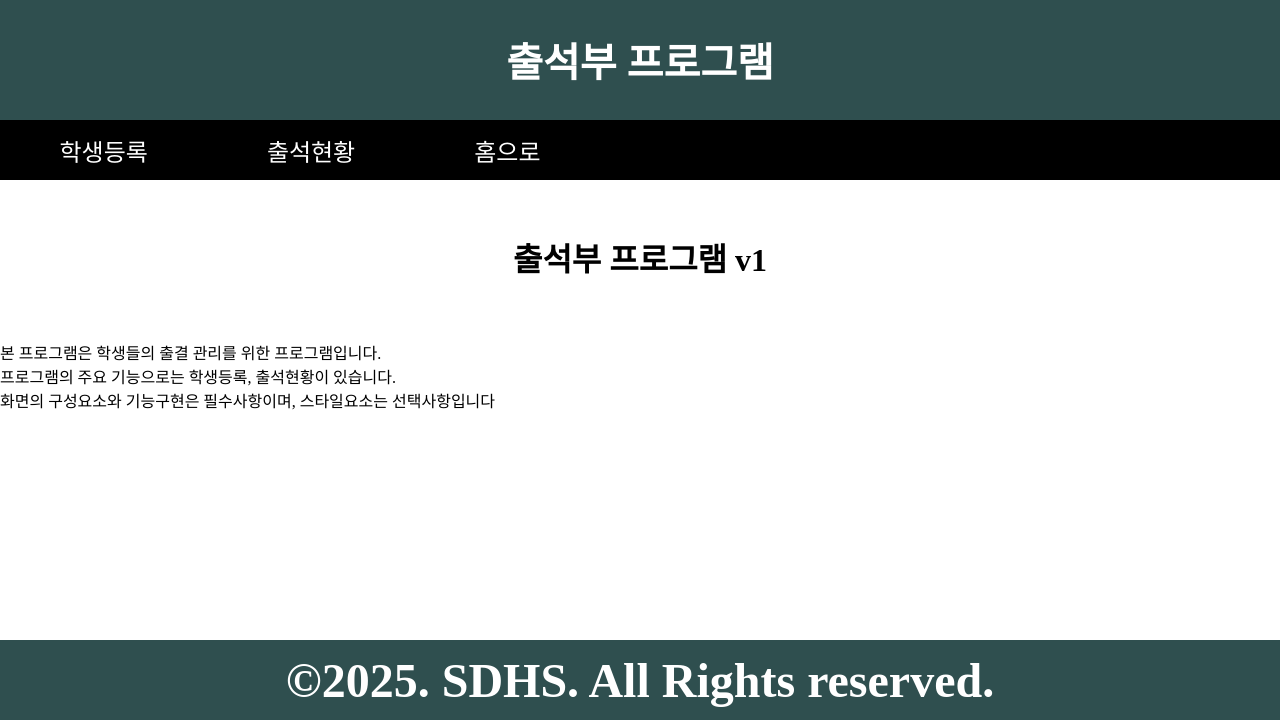
Repository: balhyo-younjisang/DigitechJSP
Page: http://localhost/rollbook/
The author's editor kept a copy of each file at every save. The page is drawn from the files as they stood at one save, then again after the next save.
The browser window is 1280 px wide. The pictures show the whole page.
The page is served by Tomcat 9. Other server files are loaded and not shown.

Above is the page before, as saved 2025-03-31 03:53:38.

### rollbook/src/main/webapp/index.jsp
<%@ page language="java" contentType="text/html; charset=UTF-8"
	pageEncoding="UTF-8"%>
<!DOCTYPE html>
<html>
<head>
<meta charset="UTF-8">
<title>출석부 프로그램</title>
<link rel="stylesheet" href="./css/style.css">
</head>
<body>
	<%@ include file="./component/header.jsp"%>
	<main>
		<h2>출석부 프로그램 v1</h2>
		<section class="content">
			<p>본 프로그램은 학생들의 출결 관리를 위한 프로그램입니다.</p>
			<p>프로그램의 주요 기능으로는 학생등록, 출석현황이 있습니다.</p>
			<p>화면의 구성요소와 기능구현은 필수사항이며, 스타일요소는 선택사항입니다</p>
		</section>
	</main>
	<%@ include file="./component/footer.jsp"%>
</body>
</html>

### rollbook/src/main/webapp/component/header.jsp
<%@ page language="java" contentType="text/html; charset=UTF-8"
	pageEncoding="UTF-8"%>
<header>
	<div class="header">
		<h1>출석부 프로그램</h1>
	</div>
	<nav>
		<ul class="gnb">
			<li><a href="#">학생등록</a></li>
			<li><a href="#">출석현황</a></li>
			<li><a href="index.jsp">홈으로</a></li>
		</ul>
	</nav>
</header>

### rollbook/src/main/webapp/component/footer.jsp
<%@ page language="java" contentType="text/html; charset=UTF-8"
	pageEncoding="UTF-8"%>
<footer>
	<h2>©2025. SDHS. All Rights reserved.</h2>
</footer>

### rollbook/src/main/webapp/css/style.css
@charset "UTF-8";

* {
	margin: 0px;
	padding: 0px;
	box-sizing: border-box;
}

ul, li {
	list-style: none;
}

a {
	text-decoration: none;
	color: inherit;
}

header {
	width: 100vw;
	height: 180px;
}

header .header {
	width: 100%;
	height: 120px;
	display: flex;
	align-items: center;
	justify-content: center;
	background-color: darkslategrey;
}

header .header h1 {
	font-size: 40px;
	color: white;
}

header nav {
	height: 60px;
	width: 100%;
	background-color: black;
}

header nav .gnb {
	display: flex;
	align-items: center;
	justify-content: space-around;
	width: 600px;
	height: 100%;
	font-size: 24px;
	color: white;
}

main {
	height: calc(100vh - 180px - 80px);
	width: 100vw;
}

main h2 {
	text-align: center;
	line-height: 160px;
	font-size: 32px;
	font-weight: bold;
}

footer {
	width: 100%;
	height: 80px;
	background-color: darkslategrey;
	color: white;
	font-size: 32px;
	display: flex;
	align-items: center;
	justify-content: center;
	position: fixed;
	bottom: 0;
	right: 0;
}

After the next save:
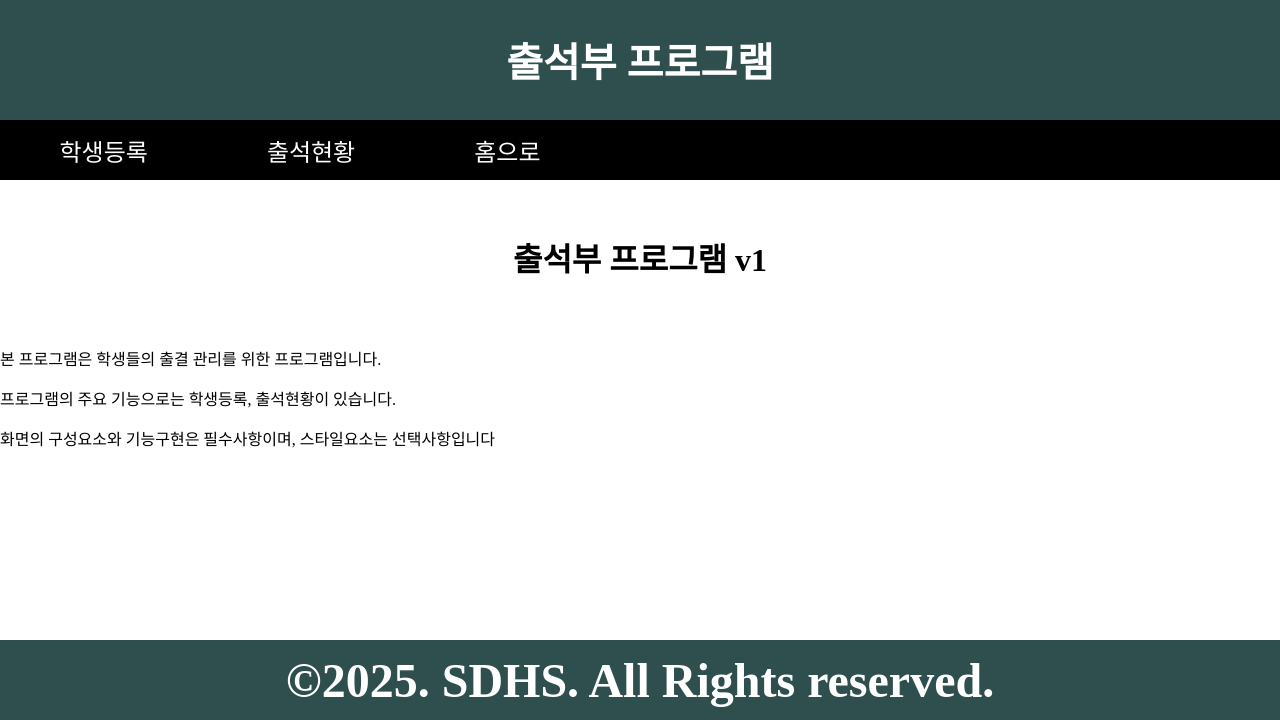
Saved 25 s later.
--- a/rollbook/src/main/webapp/css/style.css
+++ b/rollbook/src/main/webapp/css/style.css
@@ -62,6 +62,12 @@ main h2 {
 	font-weight: bold;
 }
 
+main .content {
+	line-height: 40px;
+}
+
+
+
 footer {
 	width: 100%;
 	height: 80px;
